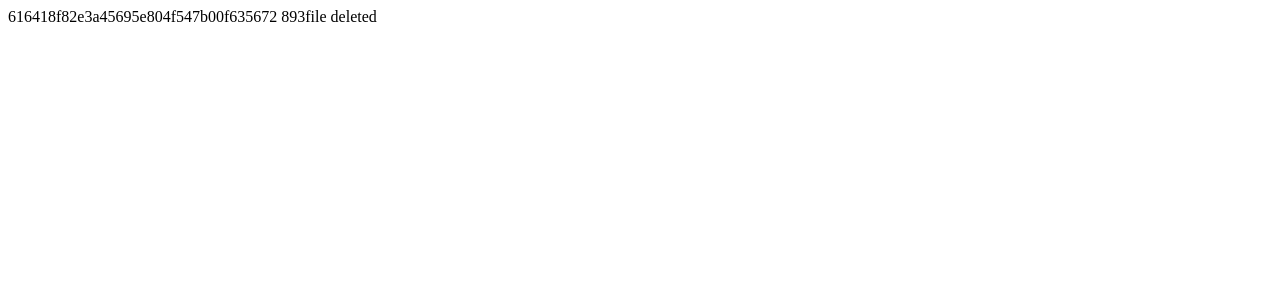
Repository: sumansourabh26/everyday_codes
Page: http://localhost/existCheck.php
The author's editor kept a copy of each file at every save. The page is drawn from the files as they stood at one save, then again after the next save.
The browser window is 1280 px wide. The pictures show the whole page.
The page is run by PHP 8.4 with error messages shown; the project is at /var/www/html/.

Above is the page before, as saved 2014-06-24 19:37:36.

After the next save:
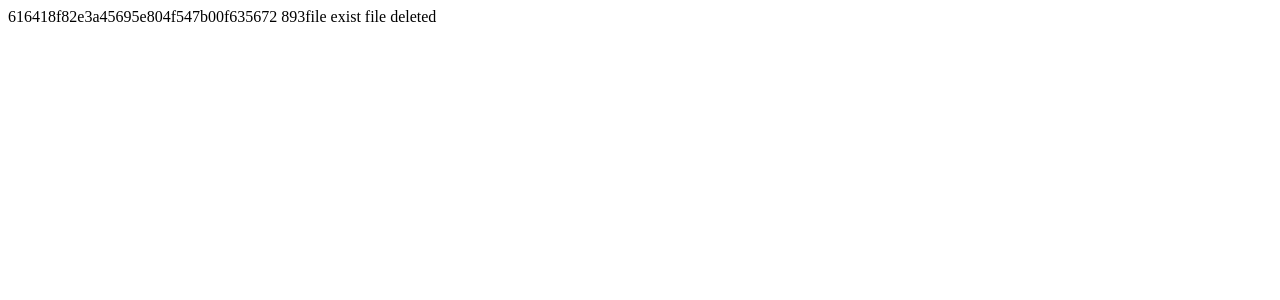
Saved 2 min 44 s later.
--- a/php/rsuman/existCheck.php
+++ b/php/rsuman/existCheck.php
@@ -3,7 +3,8 @@ $file_orig = "ritu.jpg";
 echo $file = rand(1, 1000).md5_file($file_orig)." ".rand(1, 1000);
 
 if(file_exists($file_orig)){
-	 unlink($file_orig);
-	 echo "file deleted";
+	echo "file exist\n";
+	unlink($file_orig);
+	echo "file deleted\n";
 }
 ?>
